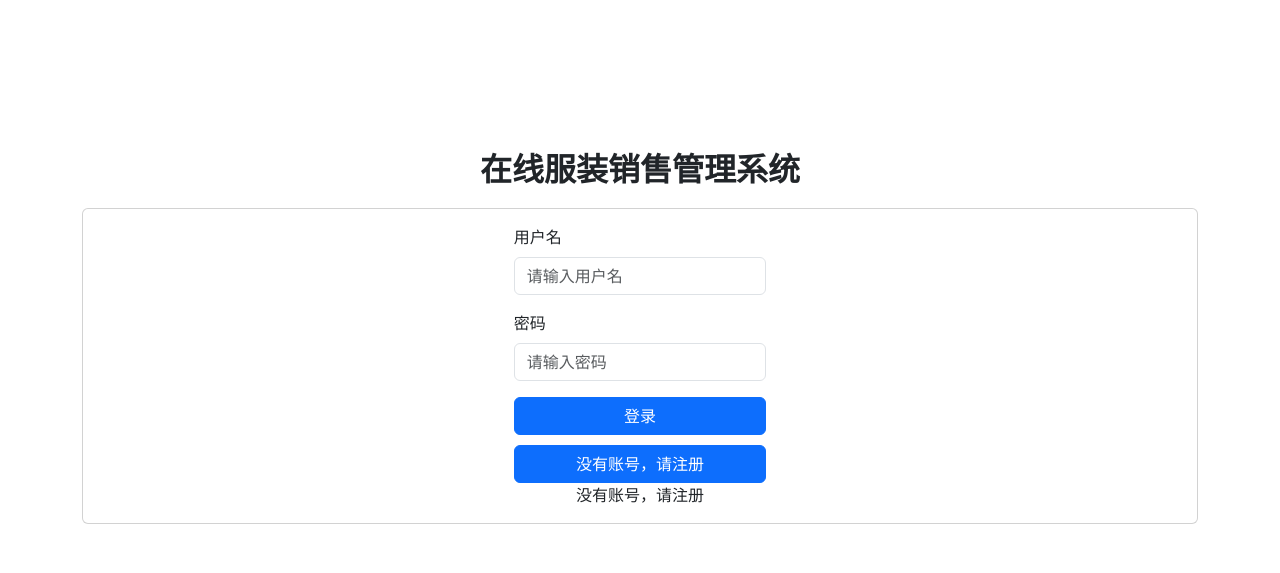
Repository: squawktop/CFS
Page: / (app in web/)
An editor plug-in stored every save of this project. The page is shown before and after the next save, followed by the edit.
The browser window is 1280 px wide. The pictures show the whole page.
The project was rebuilt for these pictures with package versions that can differ from the ones it lists, and the page was loaded fresh each time. Also part of the build but not shown: web/vue.config.js, web/src/views/RegisterView.vue, web/src/components/NavBar.vue, web/src/views/HomeView.vue, web/src/views/UsersManageView.vue, web/src/views/PersonalCenterView.vue, web/src/views/GoodsManageView.vue, web/src/views/OrdersManageView.vue and 1 more.

Above is the page before, as saved 2024-03-23 18:02:03.

### web/src/App.vue
<template>
  <RouterView></RouterView>
</template>

<script>


// 导入bootstrap
import "bootstrap/dist/css/bootstrap.min.css"
import "bootstrap/dist/js/bootstrap"
// import { ref } from "vue";

// import $ from 'jquery';
export default {
  components: {

  }
  ,
  setup() {
    // const user_id = ref("");
    // const username = ref("");
    // const password = ref("");

    // $.ajax({
    //   type: "get",
    //   url: "http://127.0.0.1:3000/user/getlist",
    //   success(resp) {
    //     user_id.value = resp[0].id;
    //     username.value = resp[0].username;
    //     password.value = resp[0].password;

    //   },
    //   error() {
    //     this.user_id = "error"
    //   }
    // })




    return {

    }
  }

}

</script>

<style></style>

### web/src/router/index.js
import { createRouter, createWebHistory } from 'vue-router'
// import HomeView from '../views/HomeView.vue'
import LoginView from '../views/LoginView.vue'
import RegisterView from '../views/RegisterView.vue'
import HomeView from '../views/HomeView.vue'
import UsersManageView from '../views/UsersManageView.vue'
import PersonalCenterView from '../views/PersonalCenterView.vue'
import GoodsManageView from '../views/GoodsManageView.vue'
import OrdersManageView from '../views/OrdersManageView.vue'
import NotFound from '../views/NotFoundView.vue'
import store from '@/store/index'

const routes = [
  {
    path: '/',
    name: 'home',
    component: HomeView,
    // redirect: "/user/register",
    meta: { //该页面是否需要授权      //随便写， 也可以设置为   flag : true;
      requestAuth: true,
    }
  },

  {
    path: '/user/login',
    name: 'user_login',
    component: LoginView,
    meta: {
      requestAuth: false,
    }
  },

  {
    path: '/user/register',
    name: 'user_register',
    component: RegisterView,
    meta: { //该页面是否需要授权
      requestAuth: false,
    }
  },
  {
    path: '/user/personalcenter',
    name: 'personal_center',
    component: PersonalCenterView,
    meta: { //该页面是否需要授权
      requestAuth: true,
    }
  },

  {
    path: '/user/usermanage',
    name: 'user_manage',
    component: UsersManageView,
    meta: { //该页面是否需要授权
      requestAuth: true,
    }
  }
  ,
  {
    path: '/goods/manage',
    name: 'goods_manage',
    component: GoodsManageView,
    meta: { //该页面是否需要授权
      requestAuth: true,
    }
  }, {
    path: '/orders/manage',
    name: 'orders_manage',
    component: OrdersManageView,
    meta: { //该页面是否需要授权
      requestAuth: true,
    }
  },


  {
    path: "/404/",
    name: "404",
    component: NotFound
  },
  {
    path: "/:catchAll(.*)",
    redirect: "/404/",  //页面重定向到404
  }
]

const router = createRouter({
  history: createWebHistory(),
  routes
})

router.beforeEach((to, from, next) => {
  if (to.meta.requestAuth && !store.state.user.is_login) {
    next({ name: "user_login" });
  } else {
    next();
  }
})

export default router

### web/src/store/index.js
import { createStore } from 'vuex'
import ModuleUser from '@/store/user'

export default createStore({
  state: {
  },
  getters: {
  },
  mutations: {
  },
  actions: {
  },
  modules: {
    user: ModuleUser,
  }
})

### web/src/views/LoginView.vue
<template style="background-color: green;">
    <div class="background">
        <h2>在线服装销售管理系统</h2>
        <ContentField v-if="!$store.state.user.pulling_info">
            <div class="row justify-content-md-center">
                <div class="col-3">
                    <form @submit.prevent="login">
                        <div class="mb-3">
                            <label for="username" class="form-label">用户名</label>
                            <input v-model="username" type="text" class="form-control" id="username"
                                placeholder="请输入用户名" />
                        </div>
                        <div class="mb-3">
                            <label for="password" class="form-label">密码</label>
                            <input v-model="password" type="password" class="form-control" id="password"
                                placeholder="请输入密码" />
                        </div>
                        <div class="error-message">{{ error_message }} </div>
                        <button type="submit" class="btn btn-primary">登录</button>
                        <button type="button" class="btn btn-primary" style="margin-top: 10px"
                            @click="registerview">没有账号，请注册</button>
                        <div style="text-align: center">没有账号，请注册</div>

                    </form>
                </div>
            </div>
        </ContentField>
    </div>

</template>

<script>
import ContentField from "@/components/ContentField.vue";
import { useStore } from "vuex"
import { ref } from "vue"
import router from "@/router/index";

export default {
    components: {
        ContentField,
    },
    setup() {
        const store = useStore();
        let username = ref('');
        let password = ref('');
        let error_message = ref('');


        const jwt_token = localStorage.getItem("jwt_token");
        if (jwt_token) {
            store.commit("updateToken", jwt_token);
            store.dispatch("getinfo", {
                success() {
                    router.push({ name: "home" });
                    store.commit("updatePullingInfo", false);
                }, error() {
                    store.commit("updatePullingInfo", false);
                }
            })
        } else {
            store.commit("updatePullingInfo", false);
        }




        const login = () => {
            error_message.value = "";
            store.dispatch("login", {
                username: username.value,
                password: password.value,
                success() {
                    store.dispatch("getinfo", {
                        success() {
                            router.push({ name: 'home' });
                        }
                    })

                },
                error() {
                    error_message.value = "用户名或密码错误";
                }
            })
        }

        const registerview = () => {
            router.push({ name: "user_register" });
        }

        return {
            username,
            password,
            error_message,
            login,
            registerview,

        }
    }
};
</script>



<style scoped>
h2 {
    text-align: center;
    margin-top: 150px;
    font-weight: bold;
}

button {
    width: 100%;
}

div.error-message {
    color: red;
}
</style>

### web/src/store/user.js
import router from '@/router';
import $ from 'jquery'
export default {
    state: {
        id: "",
        username: "",
        photo: "",
        token: "",
        is_login: false,
        pulling_info: true,
    },
    getters: {
    },
    mutations: {        //一般是用来修改数据的
        updateUser(state, user) {
            state.id = user.id;
            state.username = user.username;
            state.photo = user.photo;
            state.is_login = user.is_login;
        },
        updateToken(state, token) {
            state.token = token;
        },
        logout(state) {
            state.id = "";
            state.username = "";
            state.photo = "";
            state.token = "";
            state.is_login = false;
            router.push({ name: "user_login" });
        },
        updatePullingInfo(state, pulling_info) {
            state.pulling_info = pulling_info;
        },
    },

    actions: {

        login(context, data) {
            $.ajax({
                url: "http://127.0.0.1:3000/api/user/account/token/",
                type: "post",
                data: {
                    username: data.username,
                    password: data.password,
                },
                success(resp) {
                    if (resp.error_message === "success") {
                        localStorage.setItem("jwt_token", resp.token);
                        context.commit("updateToken", resp.token);
                        data.success(resp);
                    } else {
                        data.error(resp);
                    }
                },
                error(resp) {
                    data.error(resp)
                },
            });
        },
        getinfo(context, data) {
            $.ajax({
                url: "http://127.0.0.1:3000/api/user/account/info/",
                type: "get",
                headers: {
                    Authorization:
                        "Bearer " + context.state.token,
                },
                success(resp) {
                    if (resp.error_message === "success") {
                        // console.log(resp);
                        context.commit("updateUser", {
                            ...resp,
                            is_login: true,

                        });
                        data.success(resp);
                    } else {
                        data.success(resp);
                    }

                },
                error(resp) {
                    data.error(resp);
                },
            });

        },
        logout(context) {
            localStorage.removeItem("jwt_token");
            context.commit("logout")
        }
    },
    modules: {
    }
}

### web/src/components/ContentField.vue
<template>
    <div class="container content-field">
        <div class="card">
            <div class="card-body">
                <slot></slot>
            </div>
        </div>
    </div>
</template>

<script>
</script>

<style scoped>
div.content-field {
    margin-top: 20px;
}
</style>

Loaded but not shown: web/public/index.html (common file); web/src/main.js (common file)

After the next save:
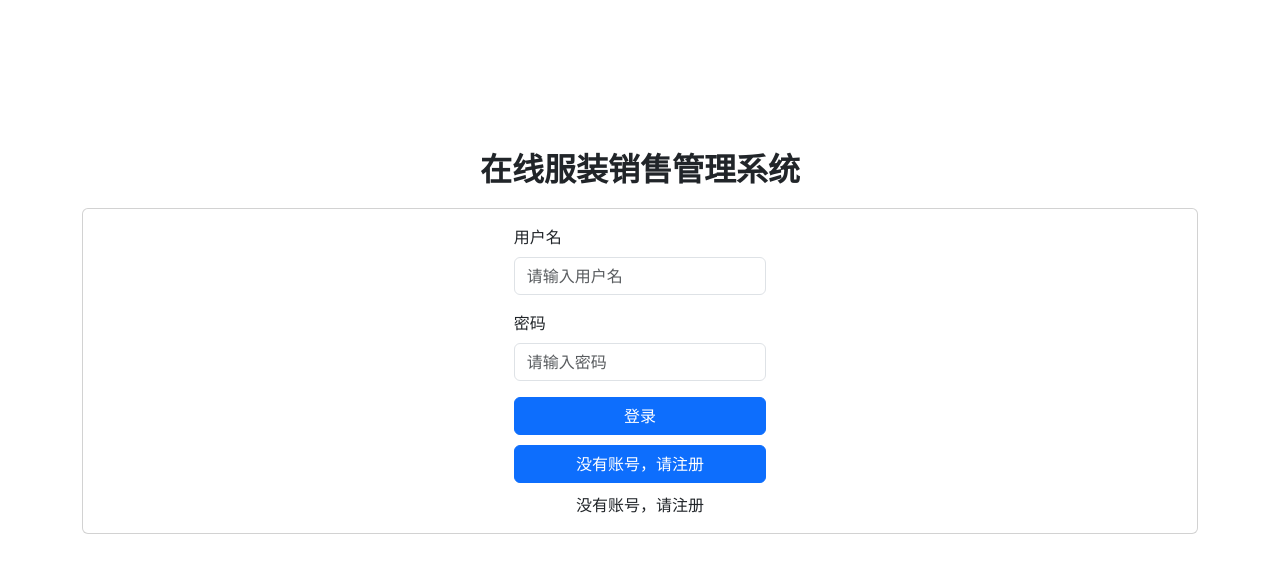
Saved 27 s later.
--- a/web/src/views/LoginView.vue
+++ b/web/src/views/LoginView.vue
@@ -19,7 +19,7 @@
                         <button type="submit" class="btn btn-primary">登录</button>
                         <button type="button" class="btn btn-primary" style="margin-top: 10px"
                             @click="registerview">没有账号，请注册</button>
-                        <div style="text-align: center">没有账号，请注册</div>
+                        <div style="text-align: center ;margin-top: 10px">没有账号，请注册</div>
 
                     </form>
                 </div>
